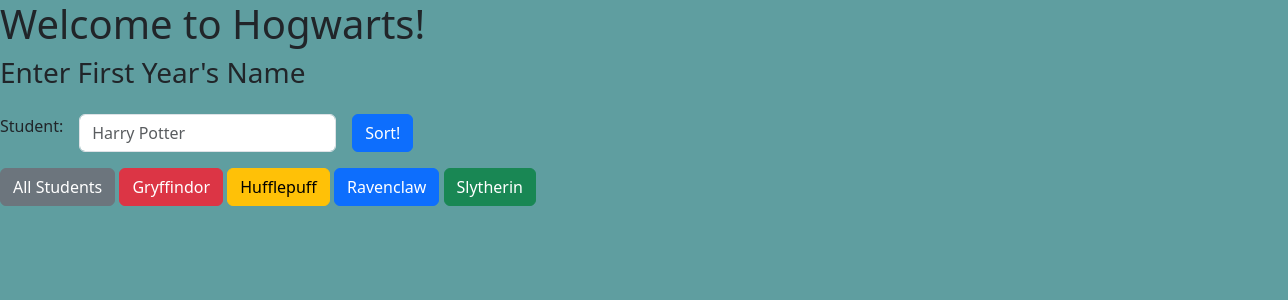
Repository: noahcallen/INDIVIDUAL-PROJECT-sorting-hat
Page: index.html
An editor plug-in stored every save of this project. The page is shown before and after the next save, followed by the edit.
The browser window is 1280 px wide. The page is 1288 px wide, so the pictures cover 1288 px, including what lies to the right of the window. The pictures show the whole page.

Above is the page before, as saved 2024-07-27 11:11:41.

### index.html
<!DOCTYPE html>
<html lang="en">
<head>
  <meta charset="UTF-8">
  <meta name="viewport" content="width=device-width, initial-scale=1.0">
  <title>Sorting Hat</title>
  <link href="https://cdn.jsdelivr.net/npm/bootstrap@5.3.3/dist/css/bootstrap.min.css" rel="stylesheet" integrity="sha384-QWTKZyjpPEjISv5WaRU9OFeRpok6YctnYmDr5pNlyT2bRjXh0JMhjY6hW+ALEwIH" crossorigin="anonymous">
  <link href="main.css" rel="stylesheet">
</head>
<body>
  <h1 class="welcome">Welcome to Hogwarts!</h1>
  <div class="form-sort">
    <form class="row g-3">
      <h3 id="enter-name">Enter First Year's Name</h3>
      <div class="col-auto">
        <p id="student-form-prompt">Student:</p>
      </div>
      <div class="col-auto">
        <label for="student-input" class="visually-hidden">Student Name</label>
        <input type="name" class="form-control" id="student-name" placeholder="Harry Potter">
      </div>
      <div class="col-auto">
        <button type="submit" class="btn btn-primary mb-3">Sort!</button>
      </div>
    </form>
  </div>

  <div class="sort-btn">
    <button class="btn btn-secondary" id="show-btn">All Students</button>
    <button class="btn btn-danger" id="gryf">Gryffindor</button>
    <button class="btn btn-warning" id="huff">Hufflepuff</button>
    <button class="btn btn-primary" id="rave">Ravenclaw</button>
    <button class="btn btn-success" id="slyth">Slytherin</button>
  </div>

  <script src="https://cdn.jsdelivr.net/npm/bootstrap@5.3.3/dist/js/bootstrap.bundle.min.js" integrity="sha384-YvpcrYf0tY3lHB60NNkmXc5s9fDVZLESaAA55NDzOxhy9GkcIdslK1eN7N6jIeHz" crossorigin="anonymous"></script>
  <script src="main.js"></script>
</body>
</html>

### main.css
body {
  background-color: cadetblue !important;
}

Loaded but not shown: main.js (no copy from this time; the picture is the same without it)

After the next save:
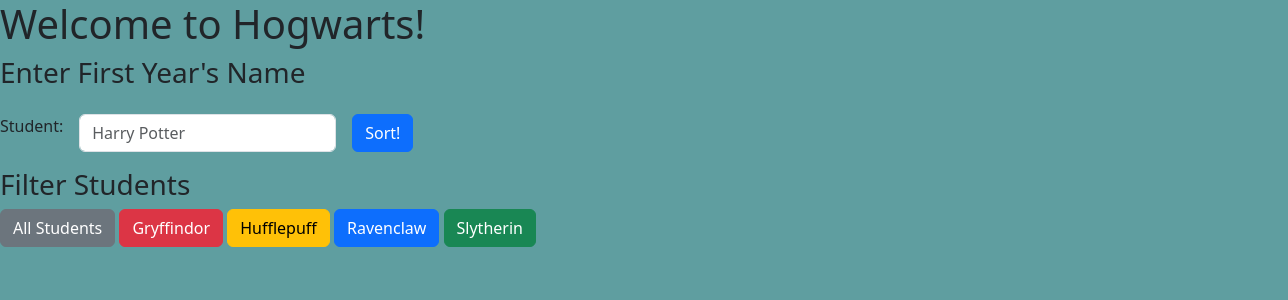
Saved 42 s later.
--- a/index.html
+++ b/index.html
@@ -26,6 +26,7 @@
   </div>
 
   <div class="sort-btn">
+    <h3>Filter Students</h3>
     <button class="btn btn-secondary" id="show-btn">All Students</button>
     <button class="btn btn-danger" id="gryf">Gryffindor</button>
     <button class="btn btn-warning" id="huff">Hufflepuff</button>
